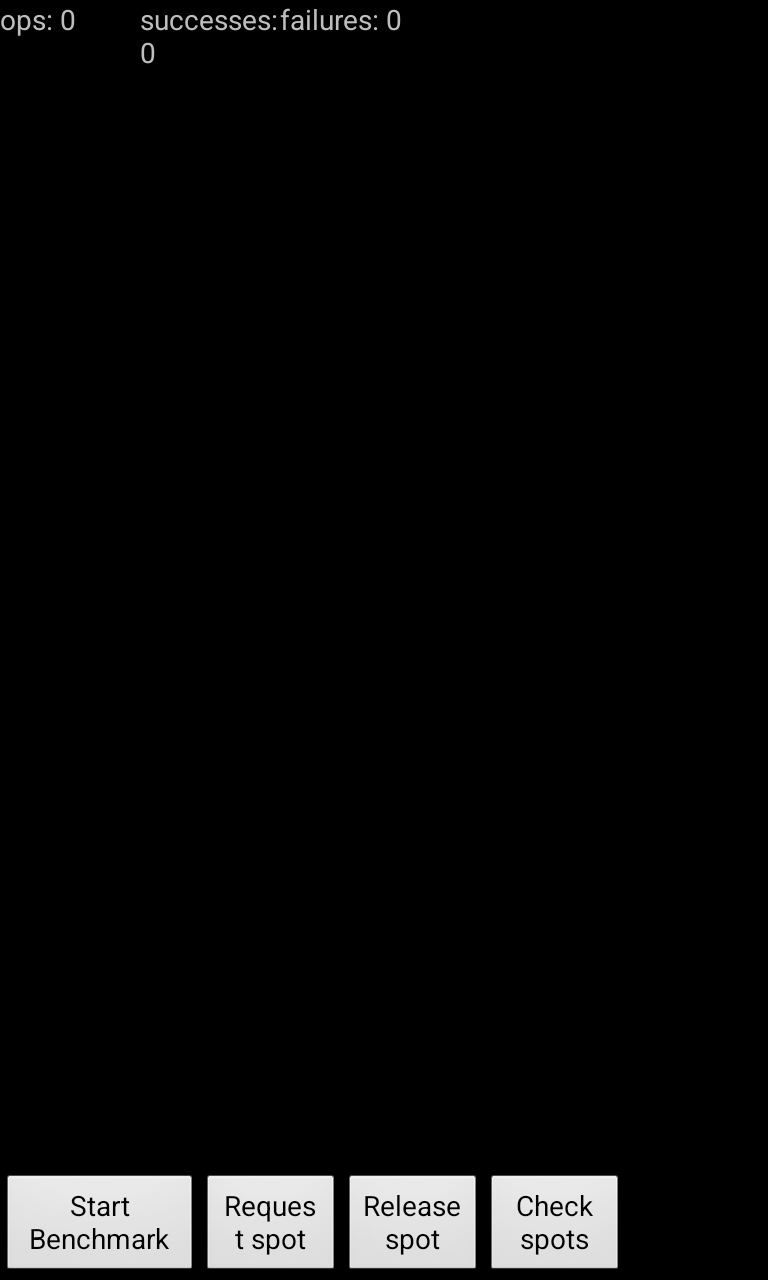
Repository: jasongao/csmcode
Layout: current/workspace/SMCloud/res/layout/main.xml
The author's editor kept a copy of each file at every save. The layout is drawn from the files as they stood at one save, then again after the next save.
It is drawn on a 768 x 1280 px phone screen (xhdpi) without system bars, with theme android:Theme; the app's code is not run. Lists and similar views that code fills are empty.

Above is the layout before, as saved 2011-07-14 16:00:47.

After the next save:
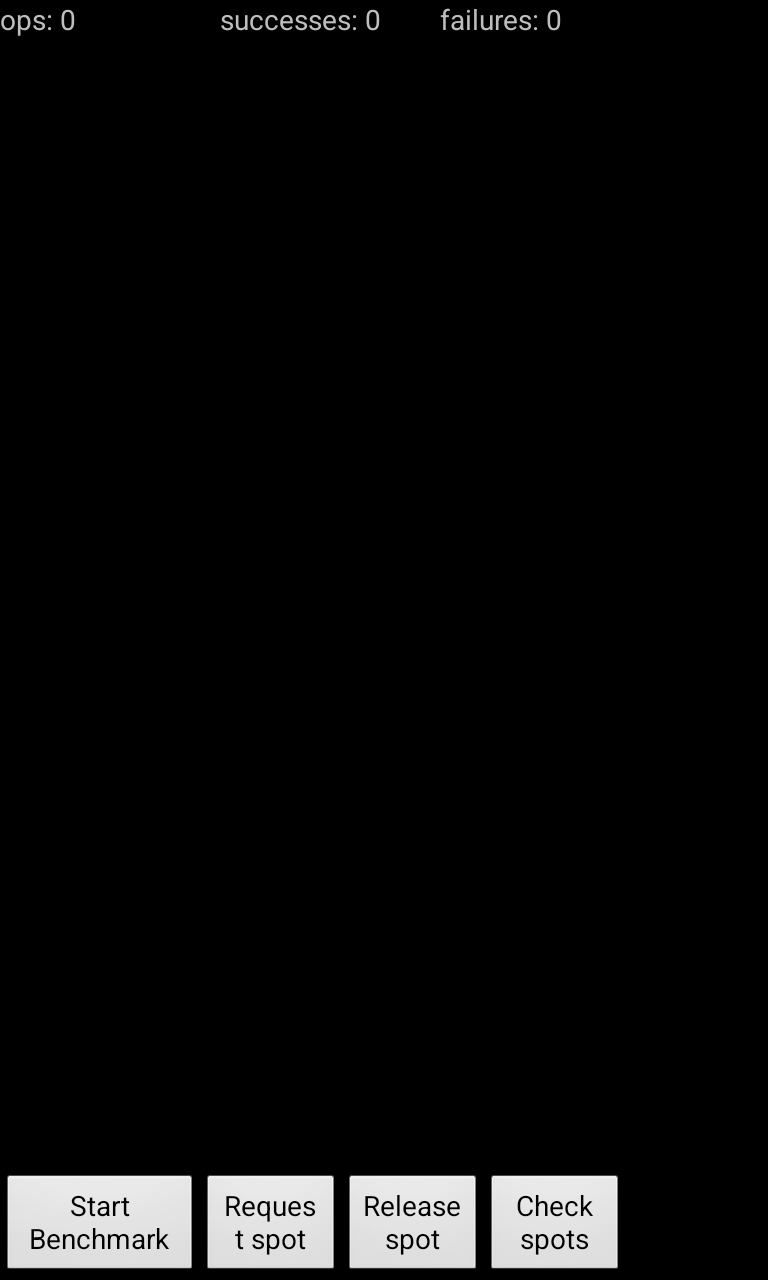
Saved 22 s later.
--- a/current/workspace/SMCloud/res/layout/main.xml
+++ b/current/workspace/SMCloud/res/layout/main.xml
@@ -6,11 +6,11 @@
 	<LinearLayout android:layout_width="match_parent"
 		android:layout_height="wrap_content" android:id="@+id/CountInfoLayout">
 		<TextView android:text="ops: 0" android:layout_height="wrap_content"
-			android:id="@+id/opcount_tv" android:layout_width="70dip"></TextView>
+			android:id="@+id/opcount_tv" android:layout_width="110dip"></TextView>
 		<TextView android:text="successes: 0" android:layout_height="wrap_content"
-			android:id="@+id/successcount_tv" android:layout_width="70dip"></TextView>
+			android:id="@+id/successcount_tv" android:layout_width="110dip"></TextView>
 		<TextView android:text="failures: 0" android:layout_height="wrap_content"
-			android:id="@+id/failurecount_tv" android:layout_width="70dip"></TextView>
+			android:id="@+id/failurecount_tv" android:layout_width="110dip"></TextView>
 	</LinearLayout>
 
 	<ListView android:id="@+id/msgList" android:layout_width="fill_parent"
